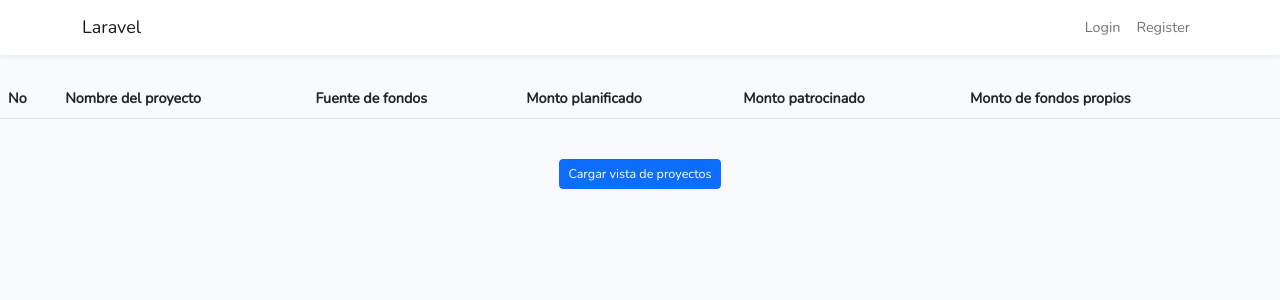
Repository: Hellcat98/Practica_laravel_alfredo
Page: resources/views/proyecto/pdf.blade.php
The author's editor kept a copy of each file at every save. The page is drawn from the files as they stood at one save, then again after a run of saves.
The browser window is 1280 px wide. The pictures show the whole page.
The page is served by the project's Laravel application, run on PHP 8.4 with Laravel 10. Style sheets and scripts are compiled from the project's sources, by tool versions that may differ from the author's. The template is opened directly, without the code that normally fills it, so the values that code supplies are empty.

Above is the page before, as saved 2023-06-11 19:09:18.

After the next 2 saves:
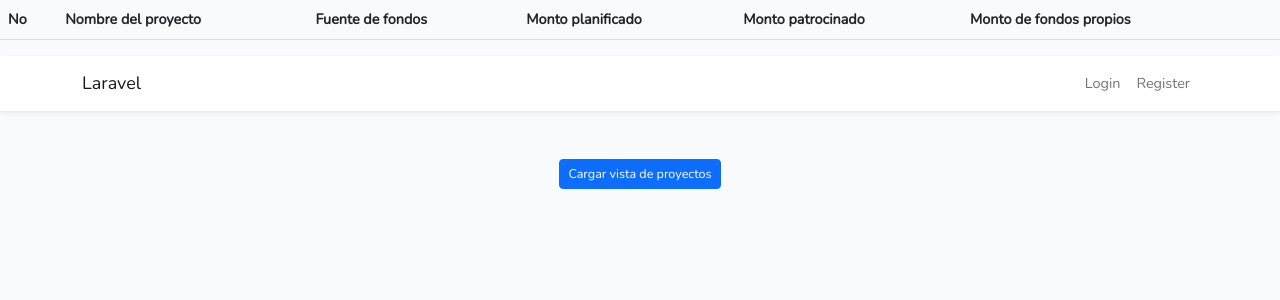
The 2 saves are shown as one change because 1 did not build or start.
The last was saved 24 s later.
--- a/resources/views/proyecto/pdf.blade.php
+++ b/resources/views/proyecto/pdf.blade.php
@@ -9,9 +9,6 @@
 <body>
     @extends('layouts.app')
 
-
-
-@section('content')
 
                             <table class="table table-striped table-hover">
                                 <thead class="thead">
@@ -55,6 +52,5 @@
             </div>
         </div>
     </div>
-@endsection
 </body>
 </html>
